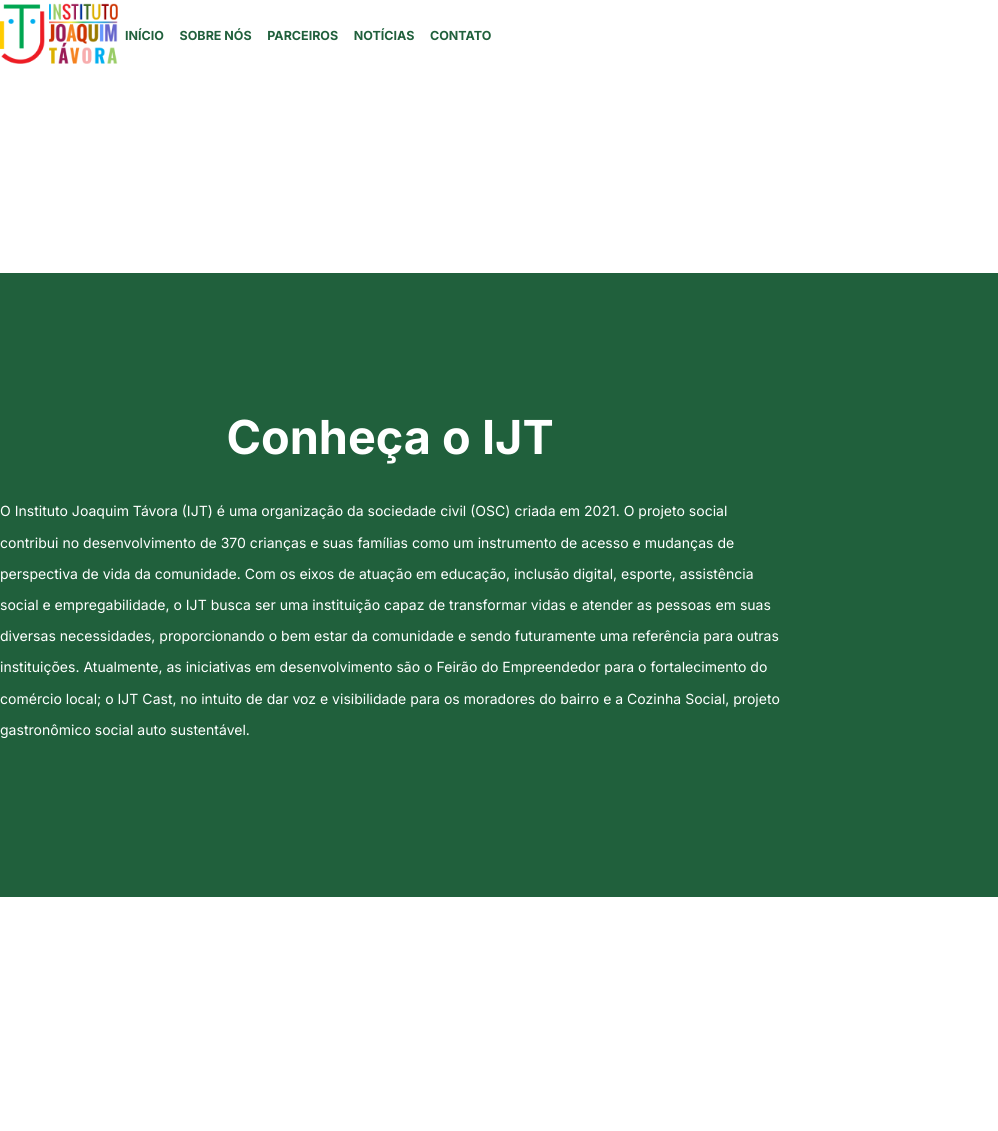
Repository: MarcelloMello90/itj2
Page: index.html
The author's editor kept a copy of each file at every save. The page is drawn from the files as they stood at one save, then again after the next save.
The browser window is 1280 px wide. The pictures show the whole page, at 78% of full size.

Above is the page before, as saved 2024-07-24 10:26:33.

After the next save:
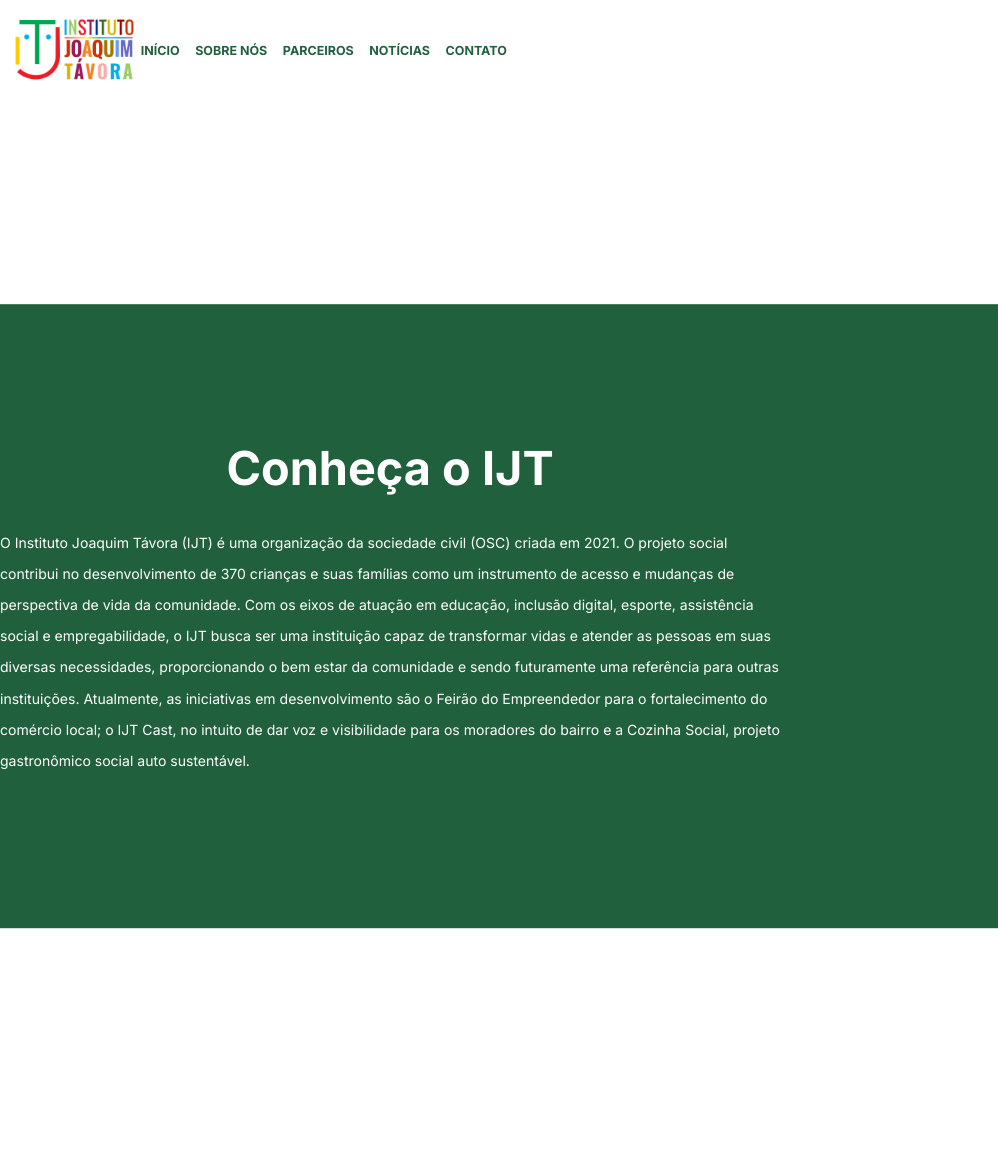
Saved 12 s later.
--- a/style.css
+++ b/style.css
@@ -68,7 +68,7 @@
   align-items: center;
   /* justify-content: space-between; */
 
-  /* padding: 60px; */
+  padding: 20px;
 }
 
 header img{
